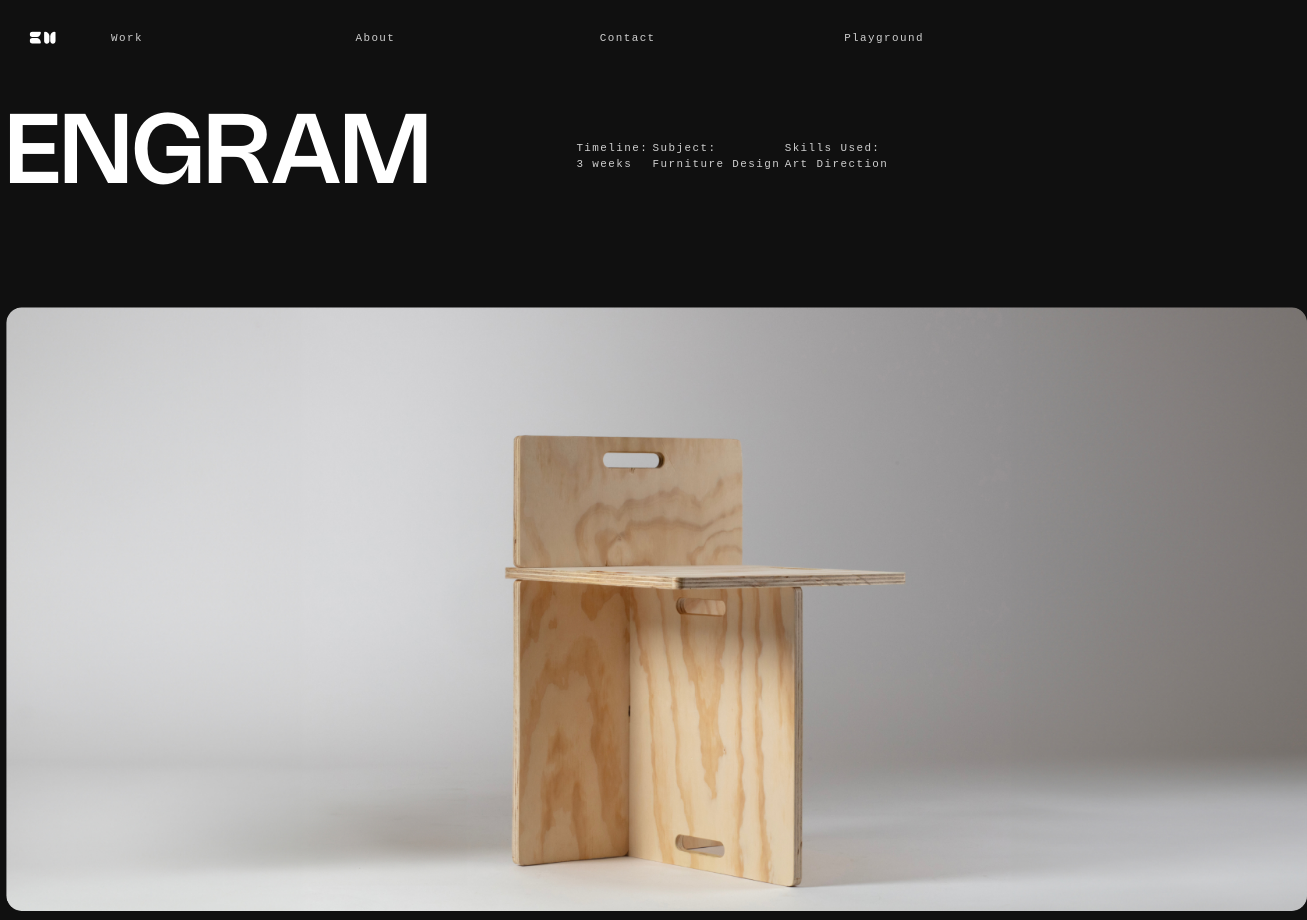
Repository: theethanwright/ethan_wright_portfolio
Page: work/work.html
The author's editor kept a copy of each file at every save. The page is drawn from the files as they stood at one save, then again after the next save.
The browser window is 1280 px wide. The page is 1676 px wide, so the pictures cover 1676 px, including what lies to the right of the window. The pictures show the whole page, at 78% of full size.

Above is the page before, as saved 2023-12-25 22:11:21.

After the next save:
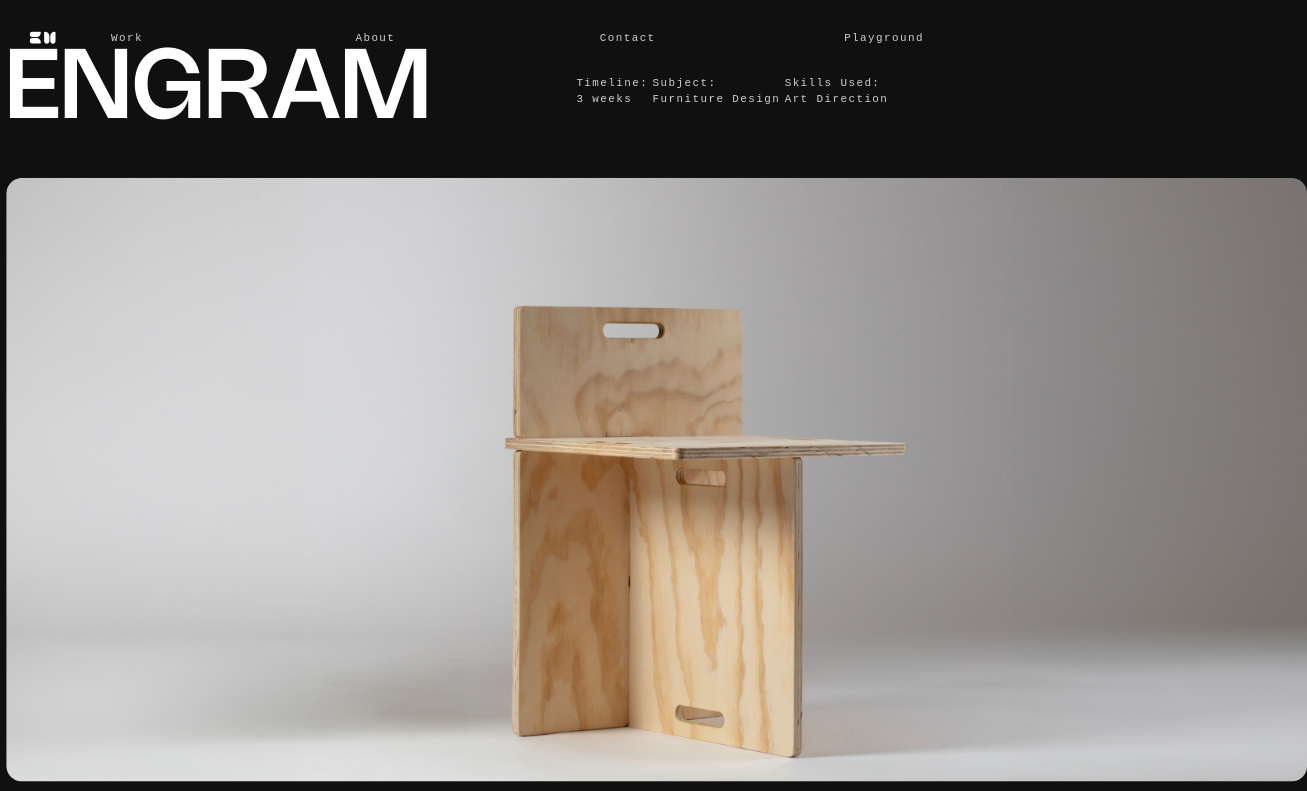
Saved 68 s later.
--- a/work/main.css
+++ b/work/main.css
@@ -14,6 +14,7 @@ h1 {
   line-height: 150%; /* 186px */
   letter-spacing: 1.24px;
   text-transform: uppercase;
+  margin: 0%;
 }
 
 p {
